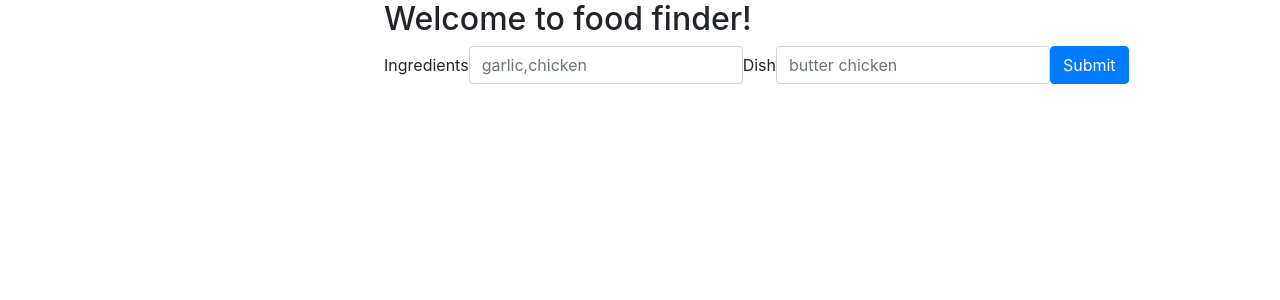
Repository: ratanparmar/receipesearch
Page: /
The author's editor kept a copy of each file at every save. The page is drawn from the files as they stood at one save, then again after the next save.
The browser window is 1280 px wide. The pictures show the whole page.
The project was rebuilt for these pictures with package versions that can differ from the ones it lists, and the page was loaded fresh each time.

Above is the page before, as saved 2019-12-10 16:25:34.

### public/index.html
<!DOCTYPE html>
<html lang="en">
  <head>
    <meta charset="utf-8" />
    <link rel="icon" href="%PUBLIC_URL%/favicon.ico" />
    <meta name="viewport" content="width=device-width, initial-scale=1" />
    <meta name="theme-color" content="#000000" />
    <meta
      name="description"
      content="Web site created using create-react-app"
    />
    <link rel="apple-touch-icon" href="%PUBLIC_URL%/logo192.png" />
    <!--
      manifest.json provides metadata used when your web app is installed on a
      user's mobile device or desktop. See https://developers.google.com/web/fundamentals/web-app-manifest/
    -->
    <link rel="manifest" href="%PUBLIC_URL%/manifest.json" />
    <!--
      Notice the use of %PUBLIC_URL% in the tags above.
      It will be replaced with the URL of the `public` folder during the build.
      Only files inside the `public` folder can be referenced from the HTML.

      Unlike "/favicon.ico" or "favicon.ico", "%PUBLIC_URL%/favicon.ico" will
      work correctly both with client-side routing and a non-root public URL.
      Learn how to configure a non-root public URL by running `npm run build`.
    -->
    <link rel="stylesheet" href="https://stackpath.bootstrapcdn.com/bootstrap/4.3.1/css/bootstrap.min.css" integrity="sha384-ggOyR0iXCbMQv3Xipma34MD+dH/1fQ784/j6cY/iJTQUOhcWr7x9JvoRxT2MZw1T" crossorigin="anonymous">

    <title>React App</title>
  </head>
  <body>
    <noscript>You need to enable JavaScript to run this app.</noscript>
    <div id="root"></div>
    <!--
      This HTML file is a template.
      If you open it directly in the browser, you will see an empty page.

      You can add webfonts, meta tags, or analytics to this file.
      The build step will place the bundled scripts into the <body> tag.

      To begin the development, run `npm start` or `yarn start`.
      To create a production bundle, use `npm run build` or `yarn build`.
    -->
  </body>
</html>

### src/index.js
import React from 'react'
import ReactDOM from 'react-dom'
import App from './components/App'
ReactDOM.render( <App/>,document.getElementById('root'))

### src/components/App.js
import React , { Component } from 'react'

import Searchbar from './Searchbar'
import '../style/index.css'

class App extends Component{
    render(){
        return(
            <div>
                <h2> Welcome to food finder!
                </h2>
                <div className="App">
                    <Searchbar/>
                </div>
            </div>
        )
    }
}

export default App;

### src/components/Searchbar.js
import React,{ Component } from 'react'
import {Form, FormControl,FormGroup,FormLabel,Button} from 'react-bootstrap'

class Searchbar extends Component{
    render(){
        // Use FormLable in place off ControlLabel
        return(
            <Form inline>
                <FormGroup>
                    <FormLabel>Ingredients</FormLabel>
                    {''}
                        <FormControl type="text" placeholder='garlic,chicken'/>
                </FormGroup>
                {''}
                <FormGroup>
                    <FormLabel>Dish</FormLabel>
                    {''}
                    <FormControl type="text" placeholder='butter chicken'/>
                </FormGroup>
                {''}
                <Button>Submit</Button>
            </Form>
        )
    }
}
export default Searchbar;

### src/style/index.css
body{
    padding-left: 30%;
}
.App{

    padding-left: -10%;
}

After the next save:
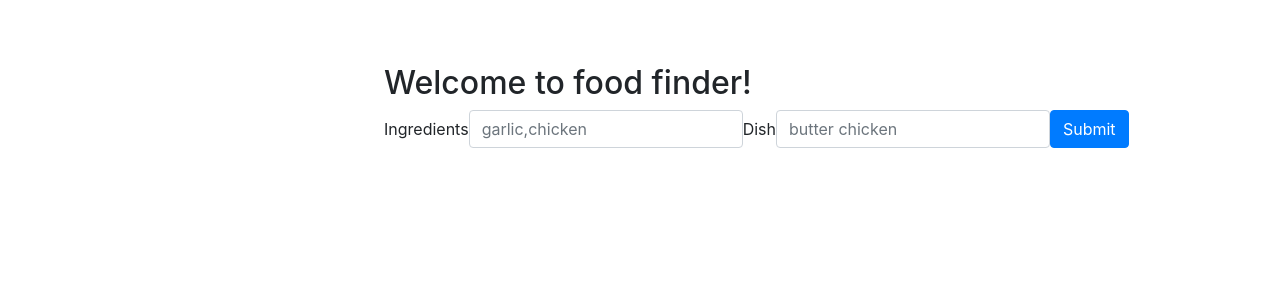
Saved 16 s later.
--- a/src/style/index.css
+++ b/src/style/index.css
@@ -1,5 +1,6 @@
 body{
     padding-left: 30%;
+    padding-top: 5%;
 }
 .App{
 
